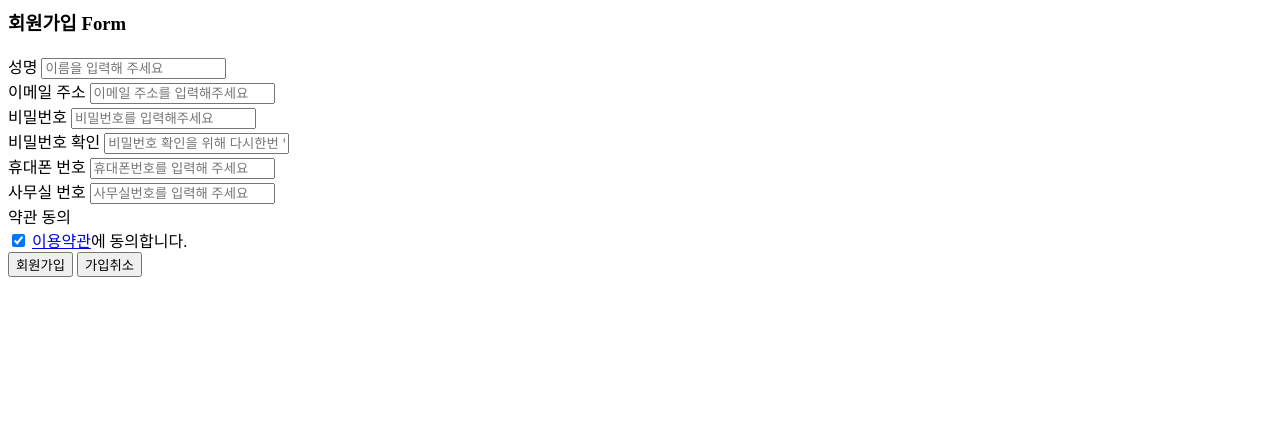
Repository: JaeJin2044/Community_spring
Page: http://localhost/Community/WEB-INF/views/user/join.jsp
An editor plug-in stored every save of this project. The page is shown before and after the next save, followed by the edit.
The browser window is 1280 px wide. The pictures show the whole page.
The page is served by Tomcat 9. Nobody is signed in. Other server files are loaded and not shown. The template is opened directly, without the code that normally fills it, so the values that code supplies are empty.

Above is the page before, as saved 2021-03-23 04:29:44.

### Community/src/main/webapp/WEB-INF/views/user/join.jsp
<%@ page language="java" contentType="text/html; charset=UTF-8"
	pageEncoding="UTF-8"%>




<article class="container">
	<div class="page-header">
		<div class="col-md-6 col-md-offset-3">
			<h3>회원가입 Form</h3>
		</div>
	</div>
	<div class="col-sm-6 col-md-offset-3">
		<form role="form">
			<div class="form-group">
				<label for="inputName">성명</label> <input type="text"
					class="form-control" id="inputName" placeholder="이름을 입력해 주세요">
			</div>
			<div class="form-group">
				<label for="InputEmail">이메일 주소</label> <input type="email"
					class="form-control" id="InputEmail" placeholder="이메일 주소를 입력해주세요">
			</div>
			<div class="form-group">
				<label for="inputPassword">비밀번호</label> <input type="password"
					class="form-control" id="inputPassword" placeholder="비밀번호를 입력해주세요">
			</div>
			<div class="form-group">
				<label for="inputPasswordCheck">비밀번호 확인</label> <input
					type="password" class="form-control" id="inputPasswordCheck"
					placeholder="비밀번호 확인을 위해 다시한번 입력 해 주세요">
			</div>
			<div class="form-group">
				<label for="inputMobile">휴대폰 번호</label> <input type="tel"
					class="form-control" id="inputMobile" placeholder="휴대폰번호를 입력해 주세요">
			</div>
			<div class="form-group">
				<label for="inputtelNO">사무실 번호</label> <input type="tel"
					class="form-control" id="inputtelNO" placeholder="사무실번호를 입력해 주세요">
			</div>

			<div class="form-group">
				<label>약관 동의</label>
				<div data-toggle="buttons">
					<label class="btn btn-primary active"> <span
						class="fa fa-check"></span> <input id="agree" type="checkbox"
						autocomplete="off" checked>
					</label> <a href="#">이용약관</a>에 동의합니다.
				</div>
			</div>

			<div class="form-group text-center">
				<button type="submit" id="join-submit" class="btn btn-primary">
					회원가입<i class="fa fa-check spaceLeft"></i>
				</button>
				<button type="submit" class="btn btn-warning">
					가입취소<i class="fa fa-times spaceLeft"></i>
				</button>
			</div>
		</form>
	</div>

</article>

After the next save:
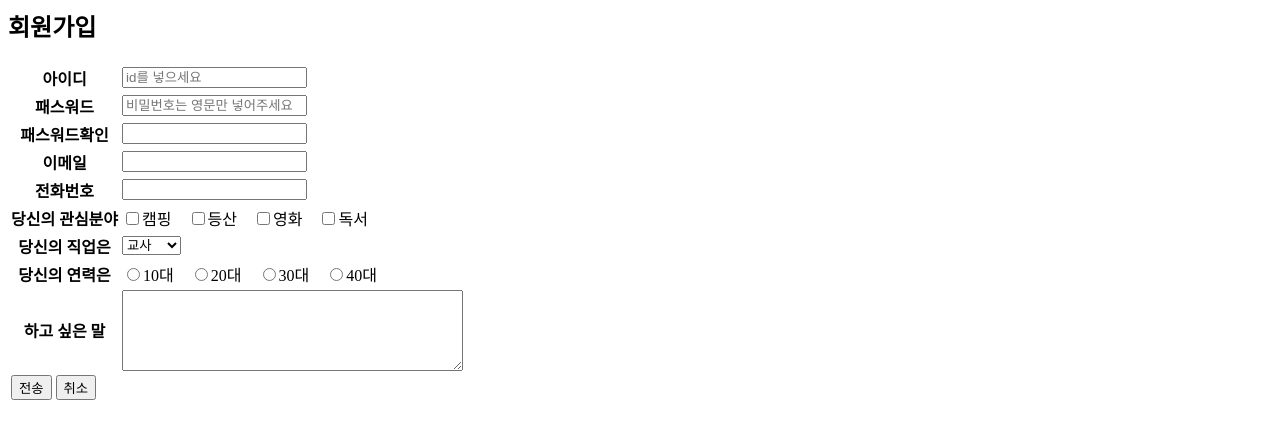
Saved 96 s later.
--- a/Community/src/main/webapp/WEB-INF/views/user/join.jsp
+++ b/Community/src/main/webapp/WEB-INF/views/user/join.jsp
@@ -3,60 +3,88 @@
 
 
 
+<div class="container">
+	<div class="row">
+		<div class="col-sm-12 text-center">
+			<div class="col-sm-3"></div>
 
-<article class="container">
-	<div class="page-header">
-		<div class="col-md-6 col-md-offset-3">
-			<h3>회원가입 Form</h3>
+			<div class="col-sm-6">
+				<h2>회원가입</h2>
+				<form action="MemberJoinProc.jsp" method="post">
+					<table class="table table-boardered">
+						<tr>
+							<th>아이디</th>
+							<td><input type="text" class="form-control" name="id"
+								placeholder="id를 넣으세요"></td>
+						</tr>
+						<tr>
+							<th>패스워드</th>
+							<td><input type="password" class="form-control" name="pass1"
+								placeholder="비밀번호는 영문만 넣어주세요"></td>
+						</tr>
+
+						<tr>
+							<th>패스워드확인</th>
+							<td><input type="password" class="form-control" name="pass2"></td>
+						</tr>
+
+						<tr>
+							<th>이메일</th>
+							<td><input type="email" class="form-control" name="email"></td>
+						</tr>
+
+						<tr>
+							<th>전화번호</th>
+							<td><input type="tel" class="form-control" name="tel"></td>
+						</tr>
+
+						<tr>
+							<th>당신의 관심분야</th>
+							<td><input type="checkbox" name="hobby" value="캠핑">캠핑
+								&nbsp;&nbsp; <input type="checkbox" name="hobby" value="등산">등산
+								&nbsp;&nbsp; <input type="checkbox" name="hobby" value="영화">영화
+								&nbsp;&nbsp; <input type="checkbox" name="hobby" value="독서">독서
+								&nbsp;&nbsp;</td>
+						</tr>
+
+						<tr>
+							<th>당신의 직업은</th>
+							<td><select name="job" class="form-control">
+									<option value="교사">교사</option>
+									<option value="변호사">변호사</option>
+									<option value="의사">의사</option>
+									<option value="기술사">기술사</option>
+							</select></td>
+						</tr>
+
+
+						<tr>
+							<th>당신의 연력은</th>
+							<td><input type="radio" name="age" value="10">10대
+								&nbsp;&nbsp; <input type="radio" name="age" value="20">20대
+								&nbsp;&nbsp; <input type="radio" name="age" value="30">30대
+								&nbsp;&nbsp; <input type="radio" name="age" value="40">40대
+								&nbsp;&nbsp;</td>
+						</tr>
+
+						<tr>
+							<th>하고 싶은 말</th>
+							<td><textarea rows="5" cols="40" name="info"
+									class="form-control"></textarea></td>
+						</tr>
+
+
+						<tr>
+							<td colspan="2"><input type="submit" class="btn btn-primary"
+								value="전송"> <input type="reset" class="btn btn-danger"
+								value="취소"></td>
+						</tr>
+
+
+					</table>
+				</form>
+			</div>
+
 		</div>
 	</div>
-	<div class="col-sm-6 col-md-offset-3">
-		<form role="form">
-			<div class="form-group">
-				<label for="inputName">성명</label> <input type="text"
-					class="form-control" id="inputName" placeholder="이름을 입력해 주세요">
-			</div>
-			<div class="form-group">
-				<label for="InputEmail">이메일 주소</label> <input type="email"
-					class="form-control" id="InputEmail" placeholder="이메일 주소를 입력해주세요">
-			</div>
-			<div class="form-group">
-				<label for="inputPassword">비밀번호</label> <input type="password"
-					class="form-control" id="inputPassword" placeholder="비밀번호를 입력해주세요">
-			</div>
-			<div class="form-group">
-				<label for="inputPasswordCheck">비밀번호 확인</label> <input
-					type="password" class="form-control" id="inputPasswordCheck"
-					placeholder="비밀번호 확인을 위해 다시한번 입력 해 주세요">
-			</div>
-			<div class="form-group">
-				<label for="inputMobile">휴대폰 번호</label> <input type="tel"
-					class="form-control" id="inputMobile" placeholder="휴대폰번호를 입력해 주세요">
-			</div>
-			<div class="form-group">
-				<label for="inputtelNO">사무실 번호</label> <input type="tel"
-					class="form-control" id="inputtelNO" placeholder="사무실번호를 입력해 주세요">
-			</div>
-
-			<div class="form-group">
-				<label>약관 동의</label>
-				<div data-toggle="buttons">
-					<label class="btn btn-primary active"> <span
-						class="fa fa-check"></span> <input id="agree" type="checkbox"
-						autocomplete="off" checked>
-					</label> <a href="#">이용약관</a>에 동의합니다.
-				</div>
-			</div>
-
-			<div class="form-group text-center">
-				<button type="submit" id="join-submit" class="btn btn-primary">
-					회원가입<i class="fa fa-check spaceLeft"></i>
-				</button>
-				<button type="submit" class="btn btn-warning">
-					가입취소<i class="fa fa-times spaceLeft"></i>
-				</button>
-			</div>
-		</form>
-	</div>
-
-</article>
+</div>
